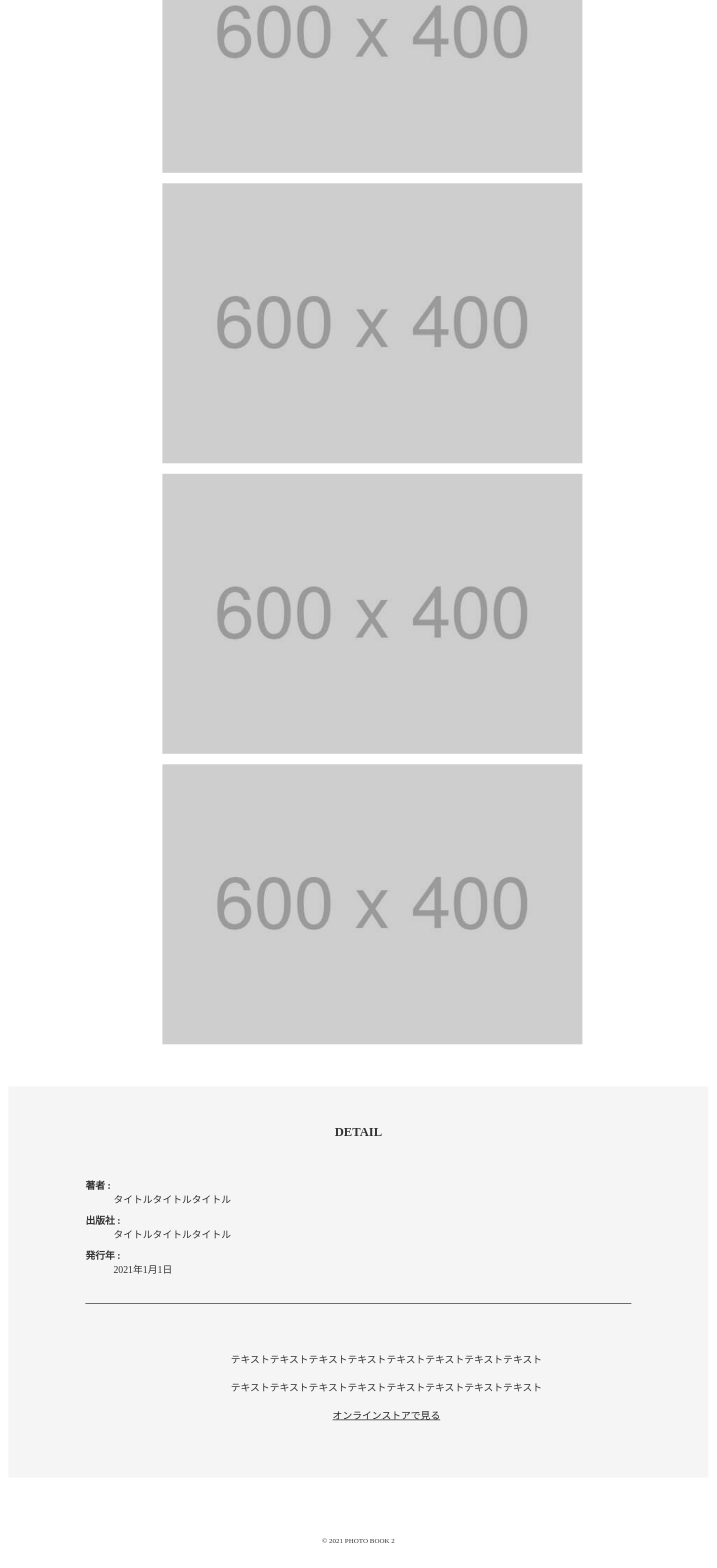
Repository: Fuki-san/photo-book-2
Page: http://localhost/photobook
The author's editor kept a copy of each file at every save. The page is drawn from the files as they stood at one save, then again after the next save.
The browser window is 1024 px wide. The pictures show the part of the page from y = 1157 to 3397 px (the page is 3397 px tall before and 3357 px after), at 70% of full size.
The page is served by the project's Laravel application, run on PHP 8.4 with Laravel 10.

Above is the page before, as saved 2023-12-01 15:15:21.

After the next save:
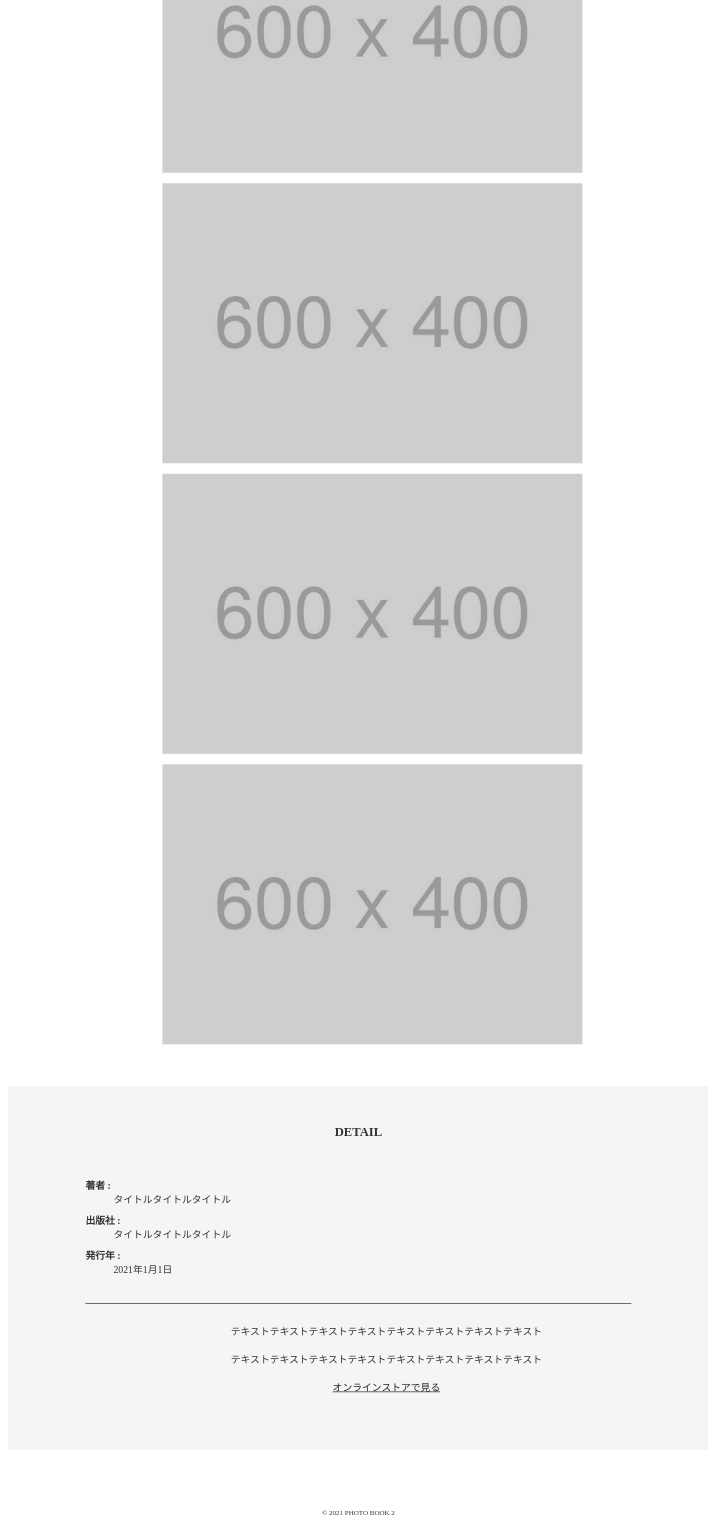
Saved 45 s later.
--- a/public/css/style.css
+++ b/public/css/style.css
@@ -198,6 +198,6 @@ ul {
     #detail .text{
         text-align: center;
         width: 100%;
-        margin-top: 40px;
-    }
-}
+        padding: ;
+    }
+}
